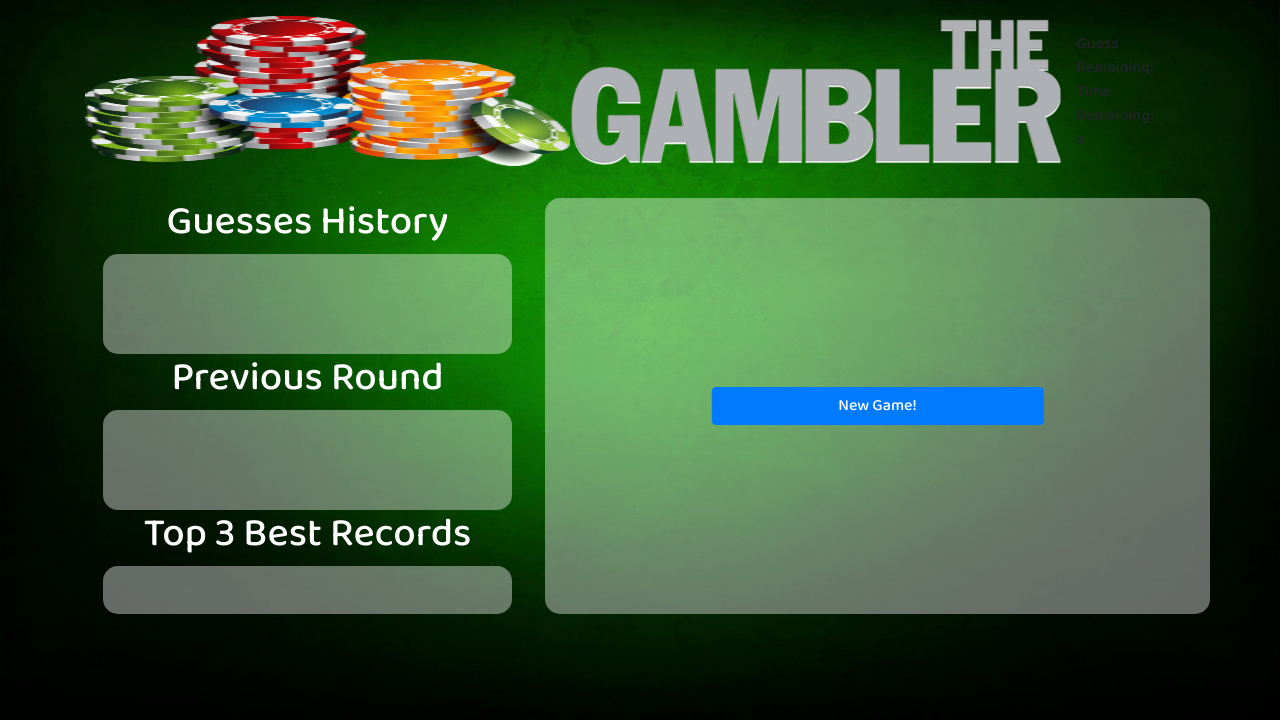
Repository: tts2610/TheCheapShootingGame
Page: index.html
The author's editor kept a copy of each file at every save. The page is drawn from the files as they stood at one save, then again after the next save.
The browser window is 1280 px wide. The pictures show the whole page.

Above is the page before, as saved 2020-05-15 12:20:55.

### index.html
<!DOCTYPE html>
<html lang="en">

<head>
    <meta charset="UTF-8">
    <meta name="viewport" content="width=device-width, initial-scale=1.0">
    <title>Document</title>
    <link rel="stylesheet" href="https://maxcdn.bootstrapcdn.com/bootstrap/4.4.1/css/bootstrap.min.css">

    <!-- jQuery library -->
    <script src="https://ajax.googleapis.com/ajax/libs/jquery/3.4.1/jquery.min.js"></script>

    <!-- Popper JS -->
    <script src="https://cdnjs.cloudflare.com/ajax/libs/popper.js/1.16.0/umd/popper.min.js"></script>

    <!-- Latest compiled JavaScript -->
    <script src="https://maxcdn.bootstrapcdn.com/bootstrap/4.4.1/js/bootstrap.min.js"></script>

    <link href="https://fonts.googleapis.com/css2?family=Baloo+2:wght@500&display=swap" rel="stylesheet">

    <link rel="stylesheet" href="css/style.css">

</head>

<body>
    <div aria-live="polite" aria-atomic="true" style="position: relative;">
        <div style="position: absolute; top: 20px; right: 20px;" id="toast-container">
        </div>
    </div>
    <section class="container pb-5 pt-3 numberGuessingBox">
        <div class="img-container">
            <img class="center mb-3" src="img/chips.png" width="auto" height="150">
            <img class="center mb-3" src="img/gambler.png" width="auto" height="150">
            <!-- <img class="center mb-3" src="img/cards.png" width="auto" height="150"> -->
            <div class="result my-3" style="width: auto; height: 150px;">
                <div class="col">Guess Remaining:
                    <span id="guessRemaining"></span>
                </div>
                <div class="col">Time Remaining:
                    <div id="secondRemaining">s</div>
                </div>
            </div>
        </div>

        <div class="row">
            <div class="col-5 left_handSide px-5">
                <h1 style="text-align: center;">Guesses History</h1>
                <div class="row box-1 py-4 px-4" id="guessHistory">

                </div>
                <h1 style="text-align: center;">Previous Round</h1>
                <div class="row box-3 py-2 px-4" id="previousRound">

                </div>
                <h1 style="text-align: center;">Top 3 Best Records</h1>
                <div class="row box-2 py-4 px-4" id="ranking">

                </div>

            </div>
            <div class="col-7 right_handSide px-5">
                <!-- <button onclick="startGame()" class="btn btn-light" id="startGameBtn">New Game!</button> -->

                <button type="button" class="btn btn-primary" id="startGameBtn" data-toggle="modal" data-target="#exampleModal">
                    New Game!
                  </button>

                <canvas id="myCanvas">

                </canvas>


                <!-- <div id="inputDiv">
                    <div class="form customForm py-5">
                        <input type="number" class="form-control" id="guessInput" placeholder="Enter your guess here:" autofocus="autofocus" required>
                        <div class="submitBtn">
                            <button type="button" class="btn btn-primary mt-4" onclick="guessSubmit()" id="guessBtn">Guess</button>
                            <button type="button" class="btn btn-danger mt-4" onclick="reset()" id=resetBtn>Reset</button>
                        </div>
                    </div>

                    <div class="result my-3">
                        <div>Guess Remaining:
                            <span id="guessRemaining"></span>
                        </div>
                        <div>Time Remaining:
                            <div id="secondRemaining">s</div>
                        </div>
                    </div>
                </div> -->


            </div>
        </div>
    </section>

    <script src="js/script.js"></script>
</body>

<!-- Modal -->
<div class="modal fade" id="exampleModal" tabindex="-1" role="dialog" aria-labelledby="exampleModalLabel" aria-hidden="true">
    <div class="modal-dialog" role="document">
        <div class="modal-content">
            <div class="modal-header">
                <h5 class="modal-title" id="exampleModalLabel">Modal title</h5>
                <button type="button" class="close" data-dismiss="modal" aria-label="Close">
            <span aria-hidden="true">&times;</span>
          </button>
            </div>
            <div class="modal-body">
                ...
            </div>
            <div class="modal-footer">
                <button type="button" class="btn btn-primary" data-dismiss="modal" onclick="startGame()">Save changes</button>
            </div>
        </div>
    </div>
</div>

</html>

### css/style.css
body {
    font-family: 'Baloo 2', cursive;
    background: url(../img/bg.jpg) no-repeat center center fixed;
    background-size: 100% 100%;
    height: 100%;
    position: absolute;
    width: 100%;
}

h1 {
    color: white;
}

::-webkit-scrollbar {
    -webkit-appearance: none;
    width: 7px;
}

 ::-webkit-scrollbar-thumb {
    border-radius: 4px;
    background-color: rgba(0, 0, 0, .5);
    box-shadow: 0 0 1px rgba(255, 255, 255, .5);
}

.numberGuessingBox .row .left_handSide .box-1 {
    background-color: rgb(255, 255, 255);
    /* Fallback color */
    background-color: rgba(255, 255, 255, 0.4);
    height: 100px;
    border-radius: 15px;
    display: flex;
    flex-direction: column;
}

.numberGuessingBox .row .left_handSide .box-2 {
    background-color: rgb(255, 255, 255);
    /* Fallback color */
    background-color: rgba(255, 255, 255, 0.4);
    height: auto;
    border-radius: 15px;
    display: flex;
    flex-direction: column;
}

.numberGuessingBox .row .left_handSide .box-3 {
    background-color: rgb(255, 255, 255);
    /* Fallback color */
    background-color: rgba(255, 255, 255, 0.4);
    height: 100px;
    border-radius: 15px;
    overflow-y: auto;
}

.numberGuessingBox .row .right_handSide {
    background-color: rgb(255, 255, 255);
    /* Fallback color */
    background-color: rgba(255, 255, 255, 0.4);
    /* Black w/opacity/see-through */
    border-radius: 15px;
    width: auto;
    color: white;
    font-weight: bold;
}

.numberGuessingBox .row .right_handSide .customForm {
    width: 50%;
    position: absolute;
    top: 30%;
    left: 50%;
    transform: translate(-50%, -50%);
}

.result {
    /* width: 50%; */
    /* position: absolute;
    top: 65%;
    left: 50%; */
    /* transform: translate(-50%, -50%);
    font-size: medium;
    text-align: center; */
}

.numberGuessingBox .row .right_handSide .customForm .submitBtn {
    display: flex;
    justify-content: space-around;
}

#inputDiv {
    display: none;
}

#startGameBtn {
    width: 50%;
    position: absolute;
    top: 50%;
    left: 50%;
    transform: translate(-50%, -50%);
}

#ranking {
    display: flex;
    flex-direction: inherit;
}

.center {
    display: block;
    margin-left: auto;
    margin-right: auto;
    width: 50%;
}

.base-timer {
    position: relative;
    width: 100px;
    height: 100px;
}

.base-timer__svg {
    transform: scaleX(-1);
}

.base-timer__circle {
    fill: none;
    stroke: none;
}

.base-timer__path-elapsed {
    stroke-width: 7px;
    stroke: grey;
}

.base-timer__path-remaining {
    stroke-width: 7px;
    stroke-linecap: round;
    transform: rotate(90deg);
    transform-origin: center;
    transition: 1s linear all;
    fill-rule: nonzero;
    stroke: currentColor;
}

.base-timer__path-remaining.green {
    color: rgb(65, 184, 131);
}

.base-timer__path-remaining.orange {
    color: orange;
}

.base-timer__path-remaining.red {
    color: red;
}

.base-timer__label {
    position: absolute;
    width: 100px;
    height: 100px;
    top: 0;
    display: flex;
    align-items: center;
    justify-content: center;
    font-size: 24px;
}

.img-container {
    display: flex;
}

### js/script.js
// FOR NEW GAME EFFECT
let canvas = document.getElementById("myCanvas");
let startGameBtn = document.getElementById("startGameBtn");

// VARIABLE FOR CALCULATE
let historyBox = [];
let bestScores = [];
let previousRecord = [];
let guess = 5;
let second = 20;
let randomNumber = Math.floor(Math.random() * 100) + 1;
let timer;

// USER INPUT
// let input = document.getElementById("guessInput");

// LEFT BOXES
let guessHistory = document.getElementById("guessHistory");
let ranking = document.getElementById("ranking");
let previousRound = document.getElementById("previousRound");

// RIGHT BOXES
// let secondRemaining = document.getElementById("secondRemaining");
// let guessRemaining = document.getElementById("guessRemaining");
// let finalResult = document.getElementById("finalResult");

// BUTTONS
// let guessBtn = document.getElementById("guessBtn");
// let resetBtn = document.getElementById("resetBtn");


// TOASTER + TOASTER OUTPUT
let toaster = document.getElementById("toast-container");
let prompts = { 1: "Too Low!", 2: "Too High!", 3: "You already input that number!", 4: "Better luck next time!", 5: "Great Job!", 6: "Please input your number!" }


// =========== MAIN ============

// ENTER KEY PRESSED
// $(document).keypress(function(e) {
//     if (e.which == 13) {
//         $("#guessBtn").click();
//     }
// });

$(document).ready(function() {
    canvas.style.display = "none";
    // input.disabled = true;
    // guessBtn.disabled = true;
    // resetBtn.disabled = true;
});

// NEW-GAME BUTTON PRESSED
function startGame() {
    window.scroll(0, 0);
    toaster.innerHTML = ""
        // secondRemaining.innerHTML = second;
        // timecounting();
        // guessRemaining.textContent = guess;
    loadImages();
    setupKeyboardListeners();
    main();
    displayDiv();
    // enableOrDisableBtn();
    // autoFocus();
}


// GUESS BUTTON PRESSED
function guessSubmit() {
    // if (guessBtn.disabled) return;
    // else if (input.value == '' && !guessBtn.disabled) {
    //     createAlert(6);
    //     return;
    // }
    let result = getResult();
    createAlert(result);

    if ([4, 5].includes(result)) {
        resetToDefault();
        enableOrDisableBtn();
        displayDiv();
        insertPreviousRecord();
    }
    bestScores.sort((a, b) => (a.guessRemain > b.guessRemain) ? -1 : 1);
    guessHistory.innerHTML = "";
    historyBox.forEach(element => {
        var p = document.createElement("p");
        var img = document.createElement("img")
        img.src = "img/dice.png";
        img.width = 60;
        img.height = 60;
        var textnode = document.createTextNode(element); // Create a text node
        p.appendChild(img);
        p.appendChild(textnode);
        guessHistory.append(p);
    });

    if (result == 5) {
        ranking.innerHTML = "";
        bestScores.forEach((element, i) => {
            if (i == 3) {
                return;
            }
            var p = document.createElement("div");
            p.className = "mt-3 mx-4";
            var img = document.createElement("img")
            img.src = "img/" + ++i + ".png";
            img.width = 64;
            img.height = 64;
            var textnode = document.createTextNode("Sean finished with " + (guess - element.guessRemain + 1) + " tries in " + (second - element.timeRemain) + "s!");
            p.appendChild(img);
            p.appendChild(textnode);
            var hr = document.createElement("hr");
            ranking.append(p);
            ranking.append(hr);
        });
    }

    // clear after insert
    // input.value = "";
    autoFocus();
}

// RESET BUTTON PRESSED
function reset() {
    resetToDefault();
    enableOrDisableBtn();
    displayDiv();
}

// ============END-MAIN===========

// =========EXTRA-FUNCTIONS=======

// function enableOrDisableBtn() {
//     if (!input.disabled && !guessBtn.disabled && !resetBtn.disabled) {
//         input.disabled = true;
//         guessBtn.disabled = true;
//         resetBtn.disabled = true;
//     } else {
//         input.disabled = false;
//         guessBtn.disabled = false;
//         resetBtn.disabled = false;
//     }

// }

function displayDiv() {
    if (canvas.style.display === "block" && startGameBtn.style.display === "none") {
        canvas.style.display = "none";
        startGameBtn.style.display = "block";
    } else {
        canvas.style.display = "block";
        startGameBtn.style.display = "none";
    }

}

function resetToDefault() {
    clearInterval(timer);
    guess = 5;
    second = 20;
    historyBox = [];
    guessHistory.innerHTML = "";
    randomNumber = Math.floor(Math.random() * 100) + 1;
}

// function timecounting() {
//     timer = setInterval(() => {
//         if (second == 0) {
//             previousRecord.push(["FAILED", guess, second]);
//             clearInterval(timer);
//             createAlert(4);
//             reset();
//             insertPreviousRecord();
//             return;
//         }
//         second -= 1;
//         secondRemaining.innerHTML = second + "s";
//     }, 1000)

// }

// function getResult() {
//     let result = 0;
//     if (historyBox.includes(input.value)) {
//         result = 3;
//     } else {
//         historyBox.push(input.value);
//         if (input.value == randomNumber) {
//             bestScores.push({ guessRemain: guess, timeRemain: second });
//             previousRecord.push(["SUCCEED", guess - 1, second])
//             return 5;
//         } else if (input.value < randomNumber) {
//             result = 1;
//         } else if (input.value > randomNumber) {
//             result = 2;
//         }
//         guessRemaining.textContent = --guess;
//         if (guess == 0) {
//             result = 4;
//             previousRecord.push(["FAILED", guess, second])
//         }
//     }
//     return result;
// }


function createAlert(alertType) {

    let alertColor = [1, 2, 3, 4, 6].includes(alertType) ? "btn-danger" : "btn-info";
    let text = prompts[alertType];

    text += [4, 5].includes(alertType) ? "! Try another round to rank up!" : "";

    if (toaster.childElementCount > 1 || [4, 5].includes(alertType)) {
        toaster.innerHTML = "";
    }

    toaster.innerHTML += `<div class="toast" id="toast" role="alert" aria-live="assertive" aria-atomic="true" data-delay="5000">
    <div class="toast-body ${alertColor}" style="letter-spacing: 1px;">
        ${text}
    </div>
    </div>`;
    $('.toast').toast('show');
}


function insertPreviousRecord() {
    previousRound.innerHTML = "";
    // just for printing, have to reverse back after printing
    previousRecord.reverse();

    previousRecord.forEach(element => {
        var p = document.createElement("div");
        p.className = "mt-3 mx-4";
        var img = document.createElement("img")
        img.src = element[0] == "FAILED" ? "img/red_cross.png" : "img/green_tick.png";
        img.width = 32;
        img.height = 32;
        var textnode = document.createTextNode(element[0] + " / " + "Finished with " + (guess - element[1]) + " tries in " + (second - element[2]) + "s");
        p.appendChild(img);
        p.appendChild(textnode);

        previousRound.append(p);
    });
    previousRecord.reverse();
}

// function autoFocus() {
//     input.focus();
// }


// FOR THE GAME

ctx = canvas.getContext("2d");
canvas.width = 512;
canvas.height = 480;

let bgReady, heroReady, monsterReady;
let bgImage, heroImage, monsterImage;

let startTime = Date.now();
const SECONDS_PER_ROUND = 30;
let elapsedTime = 0;

function loadImages() {
    bgImage = new Image();
    bgImage.onload = function() {
        // show the background image
        bgReady = true;
    };
    bgImage.src = "img/background.png";
    heroImage = new Image();
    heroImage.onload = function() {
        // show the hero image
        heroReady = true;
    };
    heroImage.src = "img/hero.png";

    monsterImage = new Image();
    monsterImage.onload = function() {
        // show the monster image
        monsterReady = true;
    };
    monsterImage.src = "img/monster.png";
}

/**
 * Setting up our characters.
 *
 * Note that heroX represents the X position of our hero.
 * heroY represents the Y position.
 * We'll need these values to know where to "draw" the hero.
 *
 * The same applies to the monster.
 */

let heroX = canvas.width / 2;
let heroY = canvas.height / 2;

let monsterX = 100;
let monsterY = 100;

/**
 * Keyboard Listeners
 * You can safely ignore this part, for now.
 *
 * This is just to let JavaScript know when the user has pressed a key.
 */
let keysDown = {};

function setupKeyboardListeners() {
    // Check for keys pressed where key represents the keycode captured
    // For now, do not worry too much about what's happening here.
    addEventListener("keydown", function(key) {
        keysDown[key.keyCode] = true;
    }, false);

    addEventListener("keyup", function(key) {
        delete keysDown[key.keyCode];
    }, false);
}


/**
 *  Update game objects - change player position based on key pressed
 *  and check to see if the monster has been caught!
 *
 *  If you change the value of 5, the player will move at a different rate.
 */
let update = function() {
    // Update the time.
    elapsedTime = Math.floor((Date.now() - startTime) / 1000);


    if (38 in keysDown) { // Player is holding up key
        heroY -= 5;
    }
    if (40 in keysDown) { // Player is holding down key
        heroY += 5;
    }
    if (37 in keysDown) { // Player is holding left key
        heroX -= 5;
    }
    if (39 in keysDown) { // Player is holding right key
        heroX += 5;
    }

    if (heroX <= 0) {
        heroX = canvas.width - 32;
    } else if (heroX > canvas.width - 32) {
        heroX = 0;
    }

    if (heroY < 0) {
        heroY = canvas.height - 32;
    } else if (heroY > canvas.height - 32) {
        heroY = 0;
    }

    // Check if player and monster collided. Our images
    // are about 32 pixels big.
    if (
        heroX <= (monsterX + 32) &&
        monsterX <= (heroX + 32) &&
        heroY <= (monsterY + 32) &&
        monsterY <= (heroY + 32)
    ) {
        // Pick a new location for the monster.
        // Note: Change this to place the monster at a new, random location.
        monsterX = Math.abs(Math.floor(Math.random() * canvas.width - 32));
        monsterY = Math.abs(Math.floor(Math.random() * canvas.height - 32));
    }
};

/**
 * This function, render, runs as often as possible.
 */
var render = function() {
    if (bgReady) {
        ctx.drawImage(bgImage, 0, 0);
    }
    if (heroReady) {
        ctx.drawImage(heroImage, heroX, heroY);
    }
    if (monsterReady) {
        ctx.drawImage(monsterImage, monsterX, monsterY);
    }
    ctx.fillText(`Seconds Remaining: ${SECONDS_PER_ROUND - elapsedTime}`, 20, 100);
};

/**
 * The main game loop. Most every game will have two distinct parts:
 * update (updates the state of the game, in this case our hero and monster)
 * render (based on the state of our game, draw the right things)
 */
var main = function() {
    update();
    render();
    // Request to do this again ASAP. This is a special method
    // for web browsers.
    requestAnimationFrame(main);
};

After the next save:
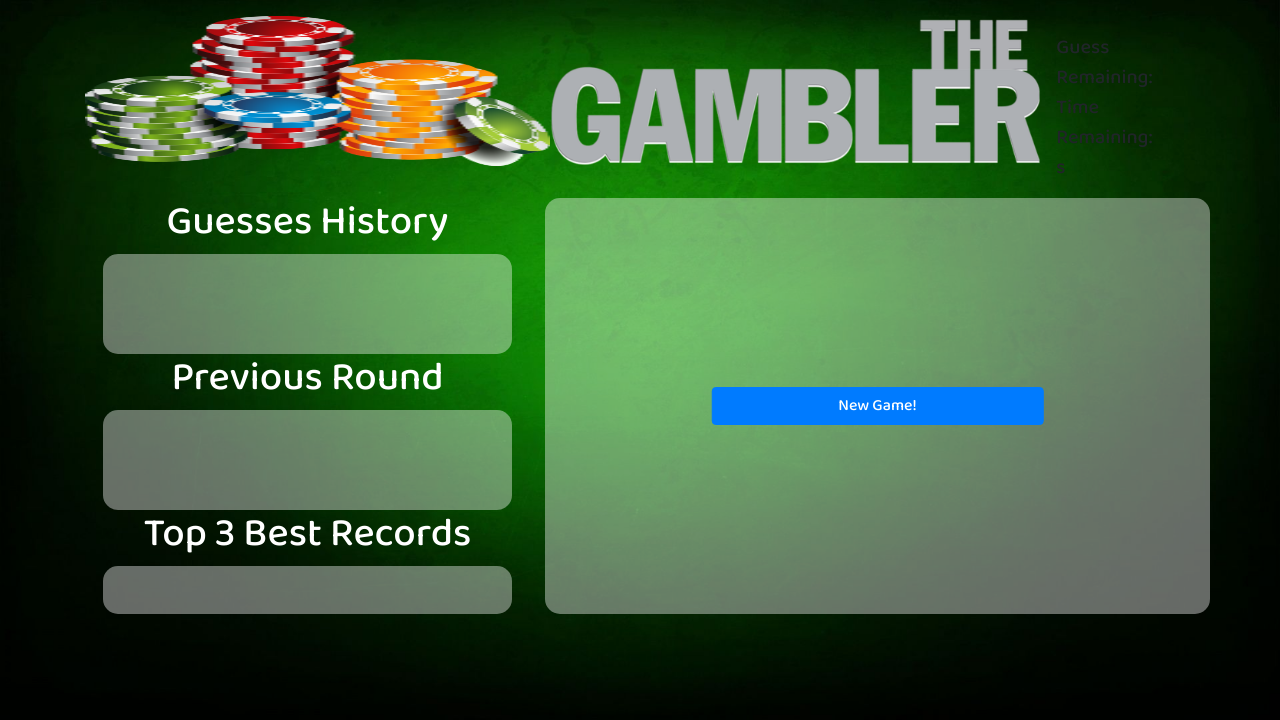
Saved 12 s later.
--- a/index.html
+++ b/index.html
@@ -32,7 +32,7 @@
             <img class="center mb-3" src="img/chips.png" width="auto" height="150">
             <img class="center mb-3" src="img/gambler.png" width="auto" height="150">
             <!-- <img class="center mb-3" src="img/cards.png" width="auto" height="150"> -->
-            <div class="result my-3" style="width: auto; height: 150px;">
+            <div class="result my-3" style="width: auto; height: 150px; font-size: 20px;">
                 <div class="col">Guess Remaining:
                     <span id="guessRemaining"></span>
                 </div>
